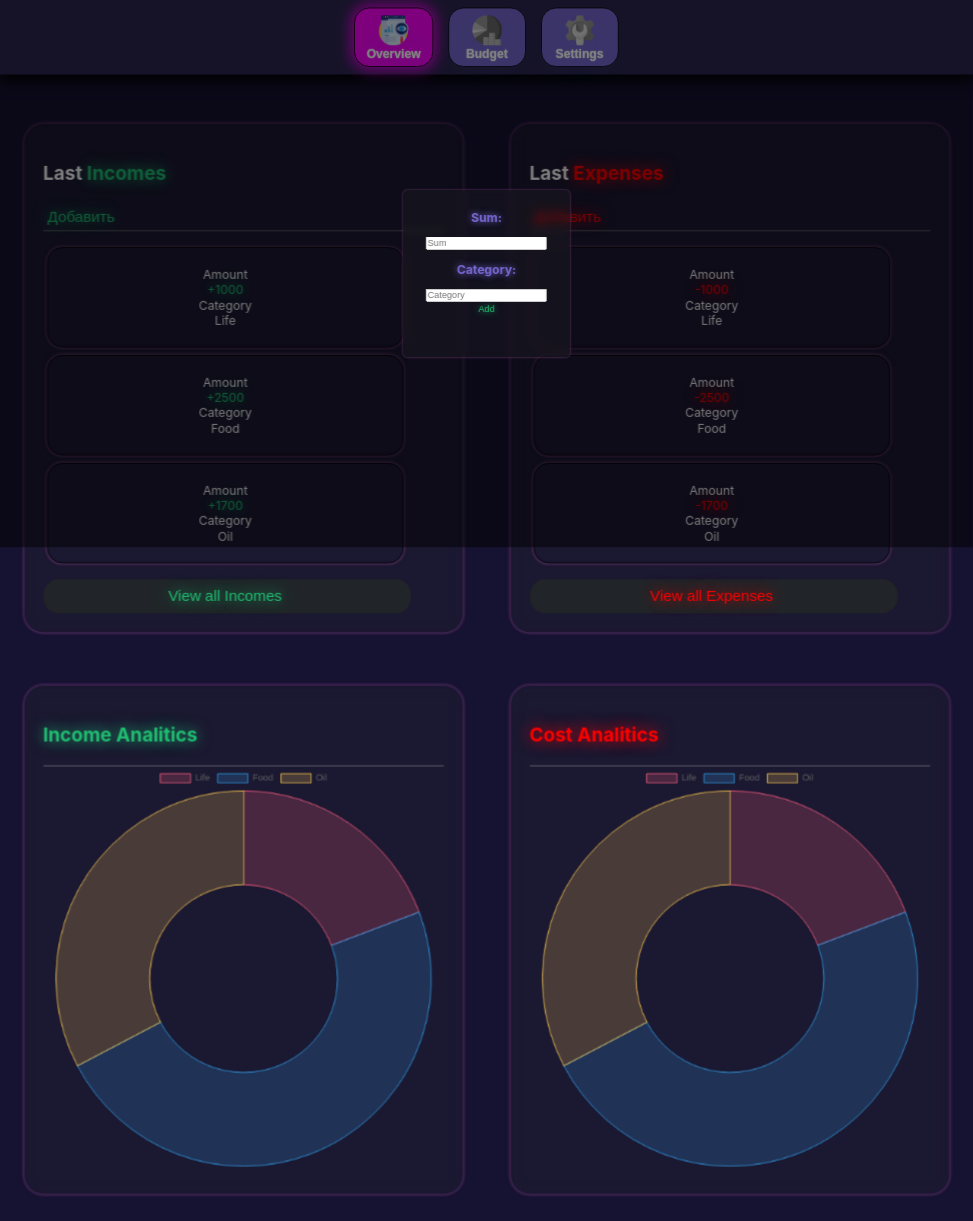
Repository: Minkeani/Money-Manager
Page: /Overview, after clicking the first element matching `button.Overview_fd625_money`
The author's editor kept a copy of each file at every save. The page is drawn from the files as they stood at one save, then again after the next save.
The browser window is 1280 px wide. The pictures show the whole page, at 76% of full size.
The project was rebuilt for these pictures with package versions that can differ from the ones it lists, and the page was loaded fresh each time. Also part of the build but not shown: src/components/Budget/Budget.module.css, src/components/Budget/Budget.jsx, src/components/Settings/Settings.jsx, src/components/NotFound/NotFound.module.css, src/components/NotFound/NotFound.jsx.

Above is the page before, as saved 2022-07-20 21:06:14.

### src/index.js
import React from 'react';
import ReactDOM from 'react-dom/client';
import './styles/index.css'
import App from './App';

const root = ReactDOM.createRoot(document.getElementById('root'));
root.render(
    <App />
);

### src/styles/index.css
:root {
  --color-theme: #161231;
	--color-white: #fff;
	--color-black: #000;
	--color-dark-gray: #10100e;
	--color-yellow: #ffff00;
	--color-blue: #6884fb;
	--color-red: #f75d83;
	--font-bold: 600;
	--color-violet: #ae72c2;
	--text-shadow-yellow:
		0 0 2px var(--color-white),
		0 0 40px var(--color-blue);

	--spacing-medium: 20px;

	--spacing-small: 10px;

	--spacing-ultra-small: 5px;

	--spacing-large: 30px;

	--font-family-main: sans-serif;

	--border-radius-small: 3px;

	--border-radius-medium: 5px;

	--margin-list: 7px;

	--font-size-main: 16px;

	--font-size-header: 26px;

	--font-size-subheader: 18px;

	/* Theme */
	--theme-light-header: #dfe2df;

	--theme-dark-header: #ca6ca6;

	--theme-neitral-header: #cccc46;

	--theme-default-header: var(--theme-neitral-header);

	--transition: .4s;

	--theme-light-bg-img: linear-gradient(to top, #b7b7b7, #a396b0, #9a72a0, #984986, #960062);

	--theme-dark-bg-img:  linear-gradient(to top, #6a2b60, #532143, #3b192b, #221118, #000000);

	--width-max: 1200px

}
body {
  margin: 0;
	padding: 0;
	background-color: var(--color-theme);
  font-family: -apple-system, BlinkMacSystemFont, 'Segoe UI', 'Roboto', 'Oxygen',
    'Ubuntu', 'Cantarell', 'Fira Sans', 'Droid Sans', 'Helvetica Neue',
    sans-serif;
  -webkit-font-smoothing: antialiased;
  -moz-osx-font-smoothing: grayscale;
}

code {
  font-family: source-code-pro, Menlo, Monaco, Consolas, 'Courier New',
    monospace;
}

### src/App.js
import styles from './App.module.css';
import Header from './components/Header/Header';
import RoutesConfig from './routes/RoutesConfig';
import { Routes, Route, BrowserRouter, Router } from 'react-router-dom';

function App() {
  return (
    <div className={styles.App}>
      <BrowserRouter>
        <div className={styles.wrapper}>
          <Header/>
            <Routes>
              {RoutesConfig.map((route, index) => (
                <Route
                  key={index}
                  exact={route.exact}
                  element={<route.element/>}
                  path={route.path}
                />
              ))}
            </Routes>
        </div>
      </BrowserRouter>
    </div>
  );
}

export default App;

### src/App.module.css
.App {
  text-align: center;
  display: flex;
  justify-content: center;
  align-items: center;
  margin: 0 auto;
}

.App-logo {
  height: 40vmin;
  pointer-events: none;
}

.wrapper {
  width: 100%;
}

@media (prefers-reduced-motion: no-preference) {
  .App-logo {
    animation: App-logo-spin infinite 20s linear;
  }
}

.App-header {
  background-color: #282c34;
  min-height: 100vh;
  display: flex;
  flex-direction: column;
  align-items: center;
  justify-content: center;
  font-size: calc(10px + 2vmin);
  color: white;
}

.App-link {
  color: #61dafb;
}

@keyframes App-logo-spin {
  from {
    transform: rotate(0deg);
  }
  to {
    transform: rotate(360deg);
  }
}

### src/components/Header/Header.jsx
import React, {useState} from 'react'
import styles from './Header.module.scss'
import { Link } from 'react-router-dom';
import Budget from '../../icons/budget.svg'
import overview from '../../icons/Overview.svg'
import settings from '../../icons/settings.svg'
import { motion } from "framer-motion";


export default function Header() {
  const [active, setActive] = useState(1)

  const HeaderAnimation = {
    hidden: {
      y: 100,
      opacity: 0
    },
    visible: custom => ({
      y: 0,
      opacity: 1,
      transition: {delay: custom * 0.2}
    })
  };


  return (
    <motion.div
      initial="hidden"
      whileInView="visible"
      viewport={{ amount: 0.3, once: true }}
      variants={HeaderAnimation}
      className={styles.container}>
    <ul className={styles.list__container}>
        <li
          onClick={() => setActive(1)}
          className={active === 1 ? styles.active : ''}
        >
            <Link to='/Overview' exact='true' >
                 <img src={overview} alt="" />
                Overview</Link>
        </li>
        <li
          onClick={() => setActive(2)}
          className={active === 2 ? styles.active : ''}
          >
            <Link to='/Budget' exact='true' >
               <img src={Budget} alt="" />
              Budget</Link></li>
        <li
           onClick={() => setActive(3)}
           className={active === 3 ? styles.active : ''}
          >
            <Link to="/Settings" exact='true'>
              <img src={settings} alt="" />
              Settings</Link></li>
    </ul>

    </motion.div>
  )
}

### src/routes/RoutesConfig.js
import Budget from "../components/Budget/Budget"
import Overview from "../components/Overview/Overview"
import Settings from "../components/Settings/Settings"
import NotFound from "../components/NotFound/NotFound"

const RoutesConfig = [
    {
        path: '/Budget',
        exact: true,
        element: Budget
    },
    {
        path: '/Overview',
        exact: true,
        element: Overview
    },
    {
        path: '/Settings',
        exact: true,
        element: Settings
    }, {
        path: '/NotFound',
        exact: true,
        element: NotFound
    },

]

export default RoutesConfig

### src/components/Header/Header.module.scss
.container {
    display: flex;
    align-items: center;
    justify-content: center;
    margin-bottom: var(--spacing-large);
    background-color: #2d2751;
    width: 100%;
    box-shadow: 0px 7px 20px 2px ;
}
.list__container {
    display: flex;
    flex-wrap: wrap;
    margin: 0;
    padding: 0;
    list-style-type: none;
}

.list__container li {
    background-color: #7869d3;
    flex-direction: column;
    border: 1px solid black;
    margin: 10px;
    border-radius: 20px;
    cursor: pointer
}

.list__container li:hover {
    background-color: #dd6edb;

}



.list__container a {
    display: flex;
    align-items: center;
    flex-direction: column;
    margin: 0 10px;
    padding: 5px 3px;
    min-width: 70px;
    border: 2px solid transparent;
    border-radius: var(--border-radius-small);
    color: var(--color-white);
    text-align: center;
    font-family: var(--font-family-main);
    text-decoration: none;
    font-weight: var(--font-bold);
    text-shadow: var(--text-shadow-yellow);
    transition: var(--transition);
}

.list__container .active {
    background-color: #ff00fa;
    box-shadow: 0 0 20px 3px #ff00fa;
     img {
        filter: grayscale(0);
    }

}



.list__container img {
    height: 2.5rem;
    margin: 0.1375rem;
    width: 2.5rem;
    filter: grayscale(1);
}
.list__container :global(a.active) {
    border: 2px solid var(--color-violet);
    color: var(--color-violet);
    text-shadow: none;
}

.logo {
    width: 60px;
    height: 60px;
    margin-right: var(--spacing-large);
    object-fit: cover;
    object-position: center center;
}

@media (max-width: 365px) {
    .list__container a {
        min-width: 65px;
    }
  }

### src/components/Overview/Overview.jsx
import React, {useState} from 'react'
import OverviewBlock from '../OverviewBlocks/OverviewBlock/OverviewBlock'
import styles from './Overview.module.css'
import Charts from '../OverviewBlocks/OverviewCharts/Charts'

export default function Overview() {

const [data, setData] = useState([ {
  labels: ['Life', 'Food', 'Oil'],
  type: 'Incomes',
  Analitic: 'Income',
  sign: '+',
  classes: 'money',
  datasets: [
    {
      label: '# of Votes',
      data: [1000, 2500, 1700],
      backgroundColor: [
        'rgba(255, 99, 132, 0.2)',
        'rgba(54, 162, 235, 0.2)',
        'rgba(255, 206, 86, 0.2)',
        'rgba(75, 192, 192, 0.2)',
        'rgba(153, 102, 255, 0.2)',
        'rgba(255, 159, 64, 0.2)',
      ],
      borderColor: [
        'rgba(255, 99, 132, 1)',
        'rgba(54, 162, 235, 1)',
        'rgba(255, 206, 86, 1)',
        'rgba(75, 192, 192, 1)',
        'rgba(153, 102, 255, 1)',
        'rgba(255, 159, 64, 1)',
      ],
      borderWidth: 1,
    },
  ],
},
{
  labels: ['Life', 'Food', 'Oil'],
  type: 'Expenses',
  Analitic: 'Сost',
  sign: '-',
  classes: 'Remoney',
  datasets: [
    {
      label: '# of Votes',
      data: [1000, 2500, 1700],
      backgroundColor: [
        'rgba(255, 99, 132, 0.2)',
        'rgba(54, 162, 235, 0.2)',
        'rgba(255, 206, 86, 0.2)',
        'rgba(75, 192, 192, 0.2)',
        'rgba(153, 102, 255, 0.2)',
        'rgba(255, 159, 64, 0.2)',
      ],
      borderColor: [
        'rgba(255, 99, 132, 1)',
        'rgba(54, 162, 235, 1)',
        'rgba(255, 206, 86, 1)',
        'rgba(75, 192, 192, 1)',
        'rgba(153, 102, 255, 1)',
        'rgba(255, 159, 64, 1)',
      ],
      borderWidth: 1,
    },
  ],
}
])
console.log(data[0].labels);

  return (
    <div className={styles.container}>
      <OverviewBlock data={data}cc/>
      <Charts data={data}/>
    </div>
  )
}

### src/components/OverviewBlocks/OverviewBlock/OverviewBlock.jsx
import React, {useState} from 'react';
import styles from './Overview.module.css'
import Modal from '../../Modal/Modal';

const OverviewBlock = ({data}) => {

    const [modalActive, setModalActive] = useState(false);
    const [type, setType] = useState('');

    function typeOfModal(type) {
        setModalActive(true)
        setType(type)
    }


    return (
        <>
            {data.map(({type, sign, classes, datasets, labels}) => (
                    <div className={styles.container}>
                            <h3 className={styles.title}>Last <span className={classes === 'money' ? styles.money : styles.Remoney}>{type}</span></h3>
                            <button
                                 onClick={() => typeOfModal('Add')}
                                 className={classes === 'money' ? styles.money : styles.Remoney}>
                                    Добавить
                            </button>

                        <div className={styles.dilivar}></div>
                            <ul className={styles.list}>
                                    {datasets.map(({data}) => (
                                        data.map((money) => (
                                        <li><div className={styles.listCont}> Amount<span className={classes === 'money' ? styles.money : styles.Remoney}>{sign}{money}</span> Category <span>{labels[data.indexOf(money)]}</span></div></li>
                                        ))
                                    ))}
                            </ul>
                            <div className={styles.All}>
                                <button
                                    onClick={() => typeOfModal('View')}
                                    className={classes === 'money' ? styles.money : styles.Remoney}>View all {type}
                                </button>
                            </div>
                        </div>
            )
            )}
            <Modal active={modalActive} setActive={setModalActive} type={type}>
                children={"1"}
            </Modal>

        </>
    );
}

export default OverviewBlock;

### src/components/Overview/Overview.module.css
.container {
    display: grid;
    grid-template-columns: 1fr 1fr;
    grid-template-rows: 1fr 1fr;
    padding: 10px;
    gap: 20px 20px;
    justify-items: center;
}

@media (max-width: 900px) {
    .container  {
        grid-template-columns: 1fr;
        grid-template-rows: 1fr 1fr;
    }
  }

### src/components/OverviewBlocks/OverviewCharts/Charts.jsx
import React, {useEffect} from 'react'
import styles from '../OverviewBlock/Overview.module.css'
import { Chart as ChartJS, ArcElement, Tooltip, Legend } from 'chart.js';
import { Doughnut } from 'react-chartjs-2';

ChartJS.register(ArcElement, Tooltip, Legend);


export default function Charts({data}) {


  return (
    <>
        {data.map( (item) => (
            <div className={styles.container}>
                <h3 className={styles.title}><span className={item.classes === 'money' ? styles.money : styles.Remoney}>{item.Analitic} Analitics</span></h3>
                <div className={styles.dilivar}></div>
                <Doughnut data={item} />
            </div>
        ))}

    </>
  )
}

### src/components/OverviewBlocks/OverviewBlock/Overview.module.css
.container {
    display: flex;
    flex-direction: column;
    align-items: start;
    overflow-y: auto;
    border-radius: 1.5625rem;
    width: 85%;
    padding: 25px;
    margin: 25px;
    background: rgba(50, 50, 50, 0.2);
    backdrop-filter: blur(10px);
    box-shadow: 0 0 5px 0px #8e4a8e;
    color: white;
}

.container button {
    font-size: 1.25rem;
    background: transparent;
    border: none;
    margin: 5px 5px 5px 0px;
    cursor: pointer;
    transition: 0.3s;
}

.container button:hover {
    text-shadow: 0 0 20px  #ff00fa;
    color: #ff00fa
}

.title {
    color: #fff;
    font-size: 1.5625rem;
}

.dilivar {
    background-color: #707175;
    height: 1px;
    width: 100%;
}

.money {
    color: #21bf73;
    text-shadow: 0 0 20px #21bf73;
}

.Remoney {
    color: red;
    text-shadow: 0 0 20px red;
}

.list {
    list-style-type: none;
    padding: 0;
    width: 90%;

}

.list li{
    padding: 5px;
}

.listCont {
    padding: 25px;
    display: flex;
    flex-direction: column;
    border: 1px solid black;
    box-shadow: 0 0 5px 0px #8e4a8e;
    width: 90%;
    border-radius: 20px
}

.All {
    padding: 5px;
    background: #212529;
    display: flex;
    align-items: center;
    justify-content: center;
    width: 90%;
    font-size: 25px;
    border-radius: 20px

}

.All:hover {
    text-shadow: 0 0 20px  #ff00fa;
    color: #ff00fa;
}

### src/components/Modal/Modal.jsx
import React from 'react'
import  './Modal.css'
import Add from '../Add/Add';
import View from '../View/View';

const Modal = function ({ active, setActive, children, type}) {
    return (
      <div
        className={active ? "modal active" : "modal"}
        onClick={() => setActive(false)}
      >
        <div
          className="modal__content"
          onClick={(e) => e.stopPropagation()}
        >
        {type === 'Add'
             ?  <Add setActive={setActive}/>
             : <View/>
        }


        </div>
      </div>
    );
  };

  export default Modal;

### src/components/Modal/Modal.css
.modal {
    height: 100vh;
    width: 100vw;
    background-color: rgba(0, 0, 0, 0.5);
    position: fixed;
    top: 0;
    left: 0;
    display: flex;
    align-items: center;
    justify-content: center;
    opacity: 0;
    pointer-events: none;
    transition: 0.5s;
    z-index: 1000;
  }

  .modal.active {
    opacity: 1;
    pointer-events: all;
    /* transform: scale(1); */
  }

  .modal__content {
    display: flex;
    flex-direction: column;
    align-items: center;
    padding: 25px;
    margin: 25px;
    background-color: rgba(50, 50, 50, 0.2);
    -webkit-backdrop-filter: blur(10px);
    backdrop-filter: blur(10px);
    padding: 20px;
    box-shadow: 0 0 5px 0px #8e4a8e;
    border-radius: 12px;
    width: 400px;
    height: 400px;
    transform: scale(0.5);
    transition: 0.4s all;
  }

  .modal__content.active {
    transform: scale(1);
  }

### src/components/Add/Add.jsx
import React, {useState} from 'react'
import styles from './Add.module.css'

export default function Add({setActive}) {
  const [sum, setSum] = useState('')
  const [category, setCategory] = useState('')

  const [sumData, setSumData] = useState('')
  const [cateData, setCateData] = useState('')



  function handleOnChangeSum(e) {
    setSum(e.target.value)
  }

  function handleOnChangeCategory(e) {
    setCategory(e.target.value)
  }

  function AddData() {
    setSumData(sum)
    setCateData(category)
    setActive(false)
    setSum('')
    setCategory('')
  }


  return (
    <div className={styles.container}>
        <h3 className={styles.title}>Sum:</h3>
        <input
          className={styles.input}
          type="text"
          placeholder='Sum'
          value={sum}
          onChange={handleOnChangeSum}
        />
        <h3 className={styles.title}>Category:</h3>
        <input
          className={styles.input}
          type="text"
          placeholder='Category'
          value={category}
          onChange={handleOnChangeCategory}
          />
        <button
          onClick={AddData}
          className={styles.btn}>Add</button>
    </div>
  )
}

### src/components/View/View.jsx
import React from 'react'
import './View.css'

export default function View() {
  return (
    <div>

    </div>
  )
}

### src/components/Add/Add.module.css
.container {
    display: flex;
    align-items: center;
    justify-content: center;
    flex-direction: column;

}
.title {
    font-size: 2rem;
    color: #7869d3;
    text-shadow: 0 0 20px #7869d3;
}

.input {
    font-size: 1.5rem;
}

.btn {
    font-size: 1.5rem;
    background: transparent;
    cursor: pointer;
    color: #21bf73;
    text-shadow: 0 0 20px #21bf73;
    border: none;
    margin: 5px;
}

.btn:hover {
    text-shadow: 0 0 20px  #ff00fa;
    color: #ff00fa
}

Loaded but not shown: public/index.html (common file); src/components/View/View.css (no stored copy; drawn as an empty file)

After the next save:
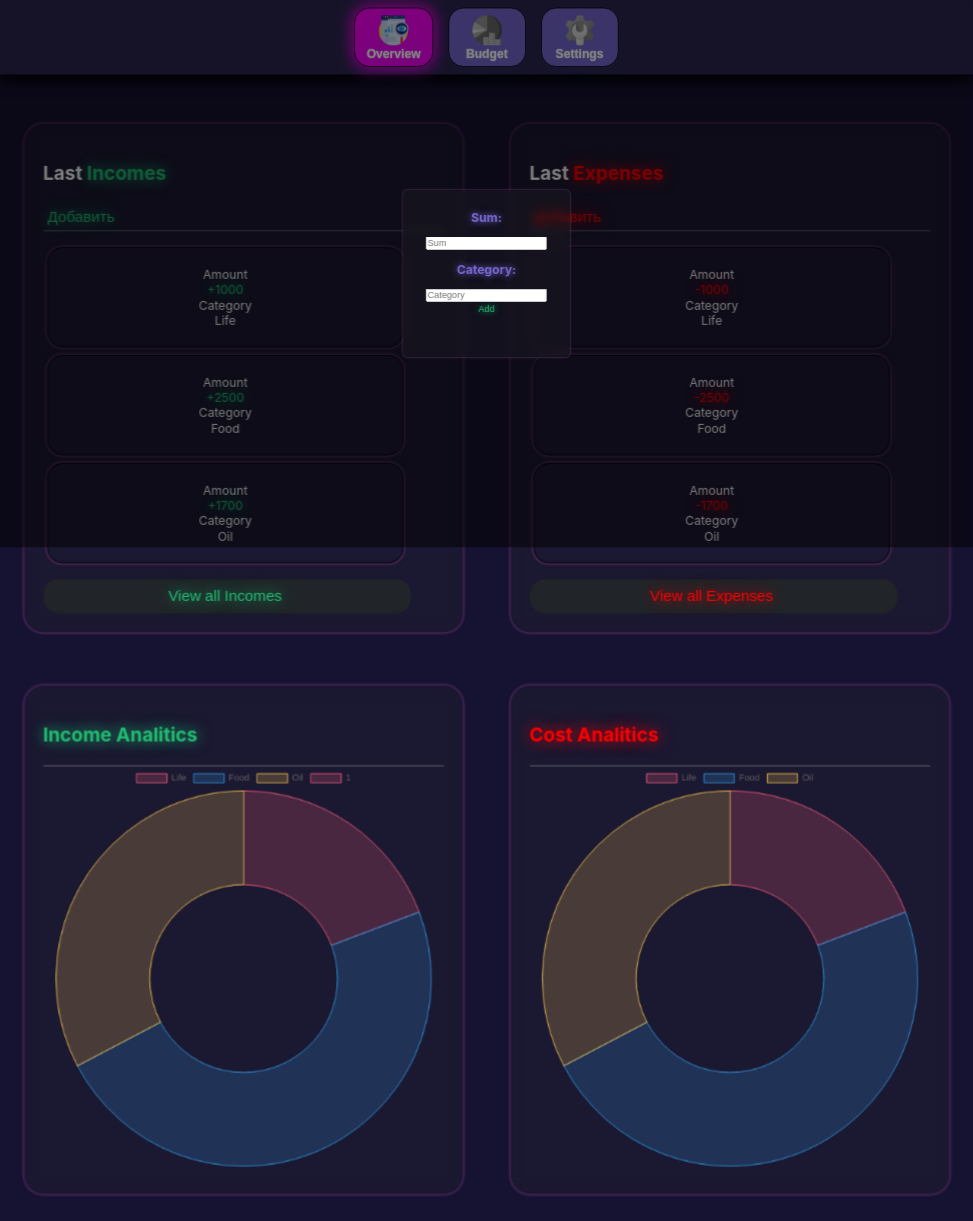
Saved 15 s later.
--- a/src/components/Overview/Overview.jsx
+++ b/src/components/Overview/Overview.jsx
@@ -66,7 +66,7 @@ const [data, setData] = useState([ {
   ],
 }
 ])
-console.log(data[0].labels);
+data[0].labels.push('1')
 
   return (
     <div className={styles.container}>
